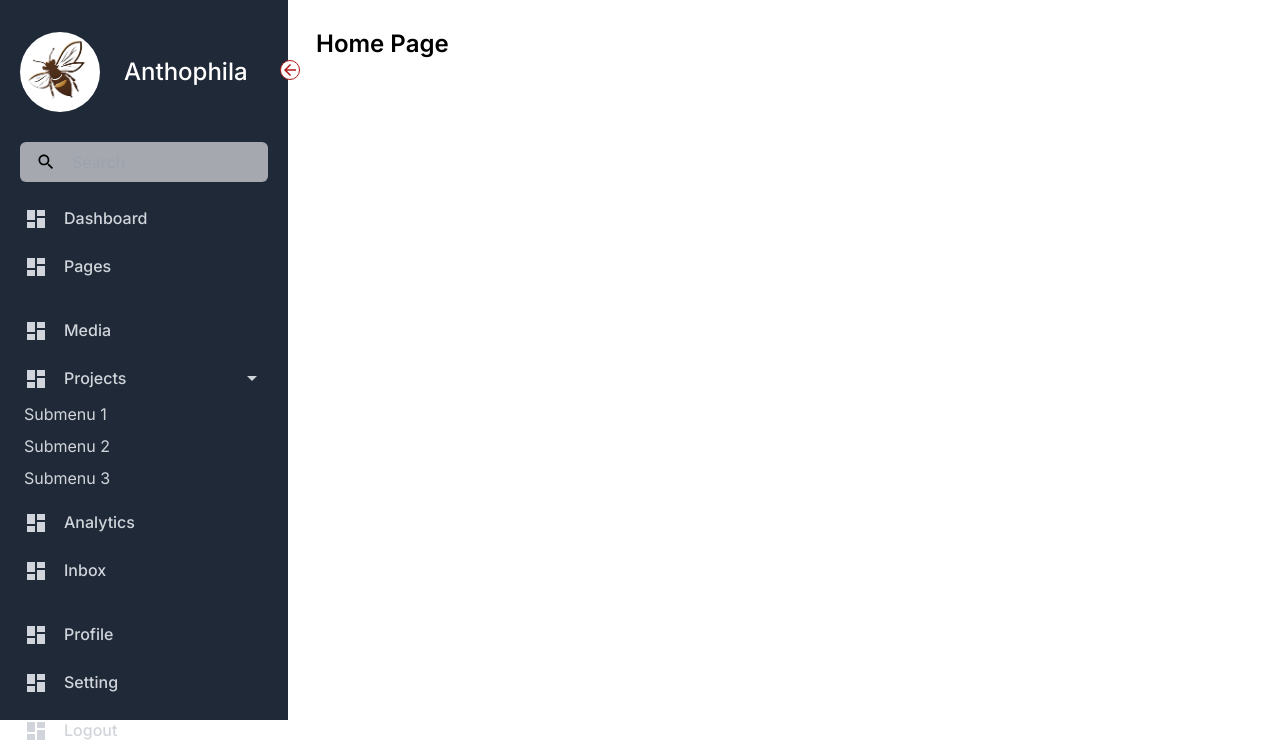
Repository: marcusdashe/anthophila
Page: /dashboard
These files come from the project's save history. The page is drawn as it stood at one moment and after the next save; the edit follows.
The browser window is 1280 px wide. The pictures show the whole page.
The project was rebuilt for these pictures with package versions that can differ from the ones it lists, and the page was loaded fresh each time. The framework's server and built-in components were replaced by stand-ins that run in the browser. Also part of the build but not shown: next.config.js.

Above is the page before, as saved 2023-04-05 16:44:07.

### pages/_document.js
import { Html, Head, Main, NextScript } from "next/document";

export default function Document() {
  return (
    <Html lang="en">
      <Head>
        <link rel="preconnect" href="https://fonts.googleapis.com" />
        <link
          rel="preconnect"
          href="https://fonts.gstatic.com"
          crossOrigin="true"
        />
        <link
          href="https://fonts.googleapis.com/css2?family=Inter:wght@100;200;300;400;500;600&display=swap"
          rel="stylesheet"
        />
      </Head>
      <body>
        <Main />
        <NextScript />
      </body>
    </Html>
  );
}

### pages/dashboard.js
import React, { useState } from "react";
import ArrowBackIcon from "@mui/icons-material/ArrowBack";
import SearchIcon from "@mui/icons-material/Search";
import DashboardIcon from "@mui/icons-material/Dashboard";
import ArrowDropDownIcon from "@mui/icons-material/ArrowDropDown";

const Dashboard = () => {
  const [open, setOpen] = useState(true);
  const [submenuOpen, setSubmenuOpen] = useState(false);

  const Menus = [
    { title: "Dashboard" },
    { title: "Pages" },
    { title: "Media", spacing: true },
    {
      title: "Projects",
      submenu: true,
      submenuItems: [
        { title: "Submenu 1" },
        { title: "Submenu 2" },
        { title: "Submenu 3" },
      ],
    },
    { title: "Analytics" },
    { title: "Inbox" },
    { title: "Profile", spacing: true },
    { title: "Setting" },
    { title: "Logout" },
  ];

  return (
    <div className="flex">
      <div
        className={`bg-gray-800 h-screen p-5 pt-8 ${
          open ? "w-72" : "w-[125px]"
        } relative duration-300`}
      >
        <ArrowBackIcon
          fontSize="small"
          onClick={() => setOpen(!open)}
          className={`bg-white text-[#AE1B1B] text-3xl mt-5
                                rounded-full absolute -right-3 top-10
                                cursor-pointer ${
                                  !open && "rotate-180"
                                } duration-300 border border-[#AE1B1B]`}
        />
        <div className="inline-flex items-center text-white">
          <img
            src="/assets/logo.png"
            alt="logo"
            className={`object-scale-down mr-2 h-20 w-20
                        bg-white rounded-full text-2xl
                        cursor-pointer block float-left duration-500 ${
                          open && "rotate-[360deg]"
                        }`}
          />
          <h1
            className={`text-white origin-left font-medium ml-4 text-2xl duration-300 ${
              !open && "scale-0"
            }`}
          >
            Anthophila
          </h1>
        </div>
        <div
          className={`flex items-center rounded-md bg-white bg-opacity-60 mt-6 ${
            !open ? "px-2.5" : "px-4"
          } py-2`}
        >
          <SearchIcon
            onClick={() => setOpen(!open)}
            fontSize="small"
            className={`text-black  text-md block float-left cursor-left ${
              open && "mr-2"
            }`}
          />
          <input
            type={"search"}
            placeholder={"Search"}
            className={`text-base bg-transparent w-full text-white focus:outline-none pl-2 ${
              !open && "hidden"
            }`}
          />
        </div>

        <ul className=" pt-2">
          {Menus.map((menu, index) => (
            <>
              <li
                key={index}
                className={`text-gray-300
                text-small flex
                items-center gap-x-4 cursor-pointer rounded p-1
                 hover:bg-white hover:text-black duration-300
                 bg-opacity-100  ${menu.spacing ? "mt-6" : "mt-2"}`}
              >
                <span className="text-2xl block float-left">
                  <DashboardIcon />
                </span>
                <span
                  className={`text-base font-medium flex-1 duration-500 ${
                    !open && "hidden"
                  }`}
                >
                  {menu.title}
                </span>
                {menu.submenu && (
                  <ArrowDropDownIcon
                    className=""
                    onClick={() => alert("Nothing")}
                  />
                )}
              </li>
              {menu.submenu && (
                <ul>
                  {menu.submenuItems.map((submenuItem, index) => (
                    <li
                      key={index}
                      className="
                            text-gray-300
                text-small flex
                items-center gap-x-4 cursor-pointer rounded p-1
                 hover:bg-white hover:text-black duration-300
                 bg-opacity-100
                      "
                    >
                      {submenuItem.title}
                    </li>
                  ))}
                </ul>
              )}
            </>
          ))}
        </ul>
      </div>

      <div className="p-7">
        <h1 className="text-2xl font-semibold"> Home Page</h1>
      </div>
    </div>
  );
};

export default Dashboard;

### styles/globals.css
@tailwind base;
@tailwind components;
@tailwind utilities;


@layer base {
    html {

      font-family: 'Inter', sans-serif;
    }
  }

### tailwind.config.js
/** @type {import('tailwindcss').Config} */

module.exports = {
  content: [
    "./app/**/*.{js,ts,jsx,tsx}",
    "./pages/**/*.{js,ts,jsx,tsx}",
    "./components/**/*.{js,ts,jsx,tsx}",
  ],
  theme: {
    extend: {},
  },
  plugins: [],
}

Loaded but not shown: pages/_app.js (common file); pages/api/hello.js (common file)

After the next save:
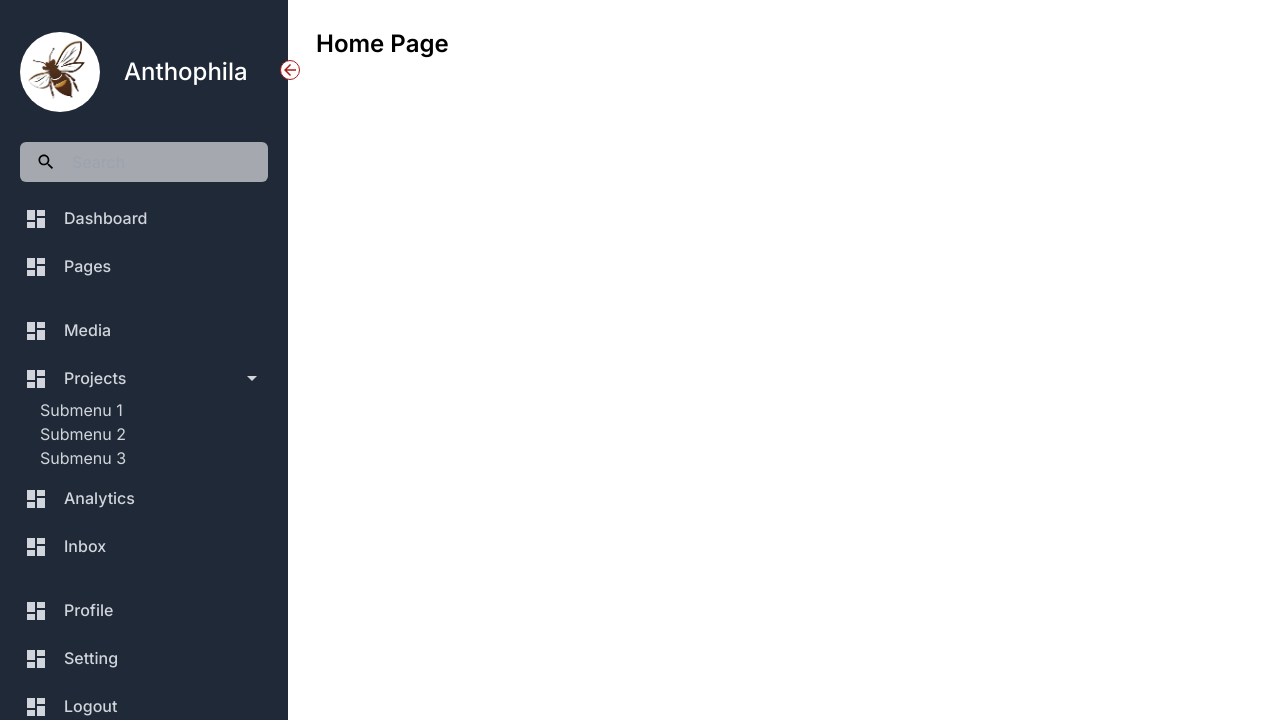
Saved 3 min 15 s later.
--- a/pages/dashboard.js
+++ b/pages/dashboard.js
@@ -119,7 +119,7 @@ const Dashboard = () => {
                       className="
                             text-gray-300
                 text-small flex
-                items-center gap-x-4 cursor-pointer rounded p-1
+                items-center gap-x-4 cursor-pointer rounded px-5
                  hover:bg-white hover:text-black duration-300
                  bg-opacity-100
                       "
